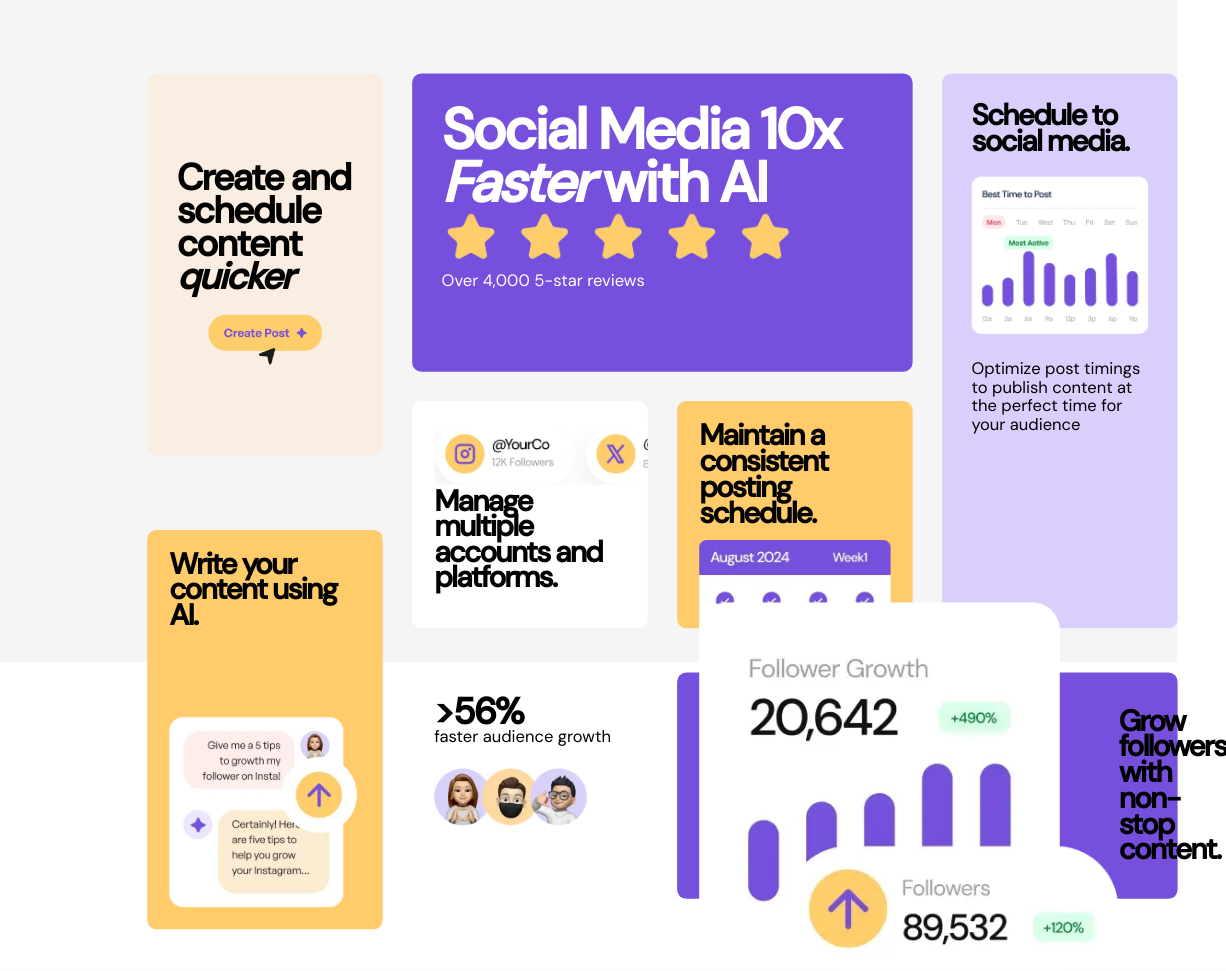
Repository: brandontaylor1/bento-grid
Page: index.html
An editor plug-in stored every save of this project. The page is shown before and after the next save, followed by the edit.
The browser window is 1280 px wide. The page is 1333 px wide, then 1280 px, so the pictures cover 1333 px, including what lies to the right of the window. The pictures show the whole page, at 92% of full size.

Above is the page before, as saved 2025-01-22 11:51:44.

After the next save:
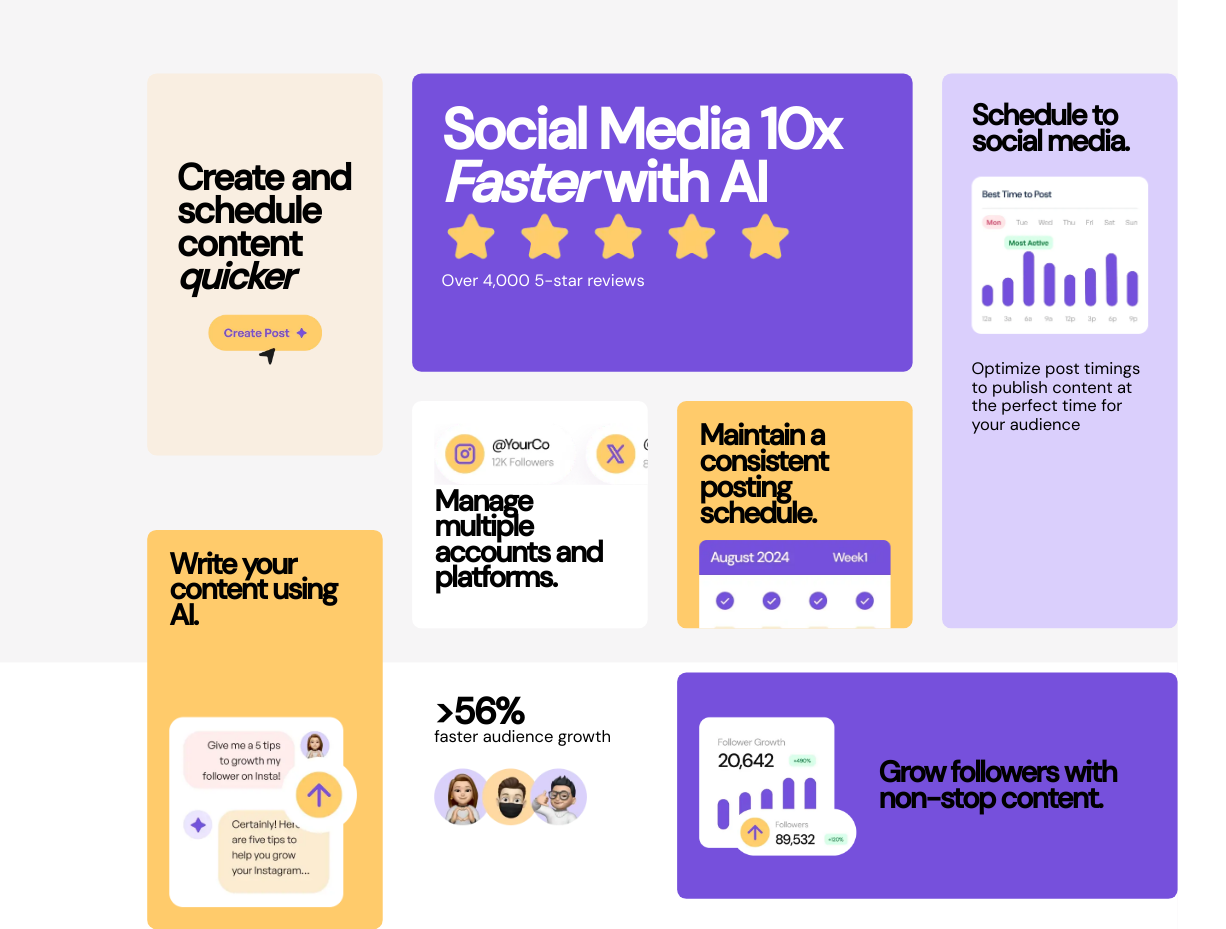
Saved 31 s later.
--- a/styles.css
+++ b/styles.css
@@ -188,7 +188,8 @@
 }
 
 .grid-item-5 img {
-    width: 100%;
+    width: 195px;
+    padding-right: 24px;
 
 }
 
